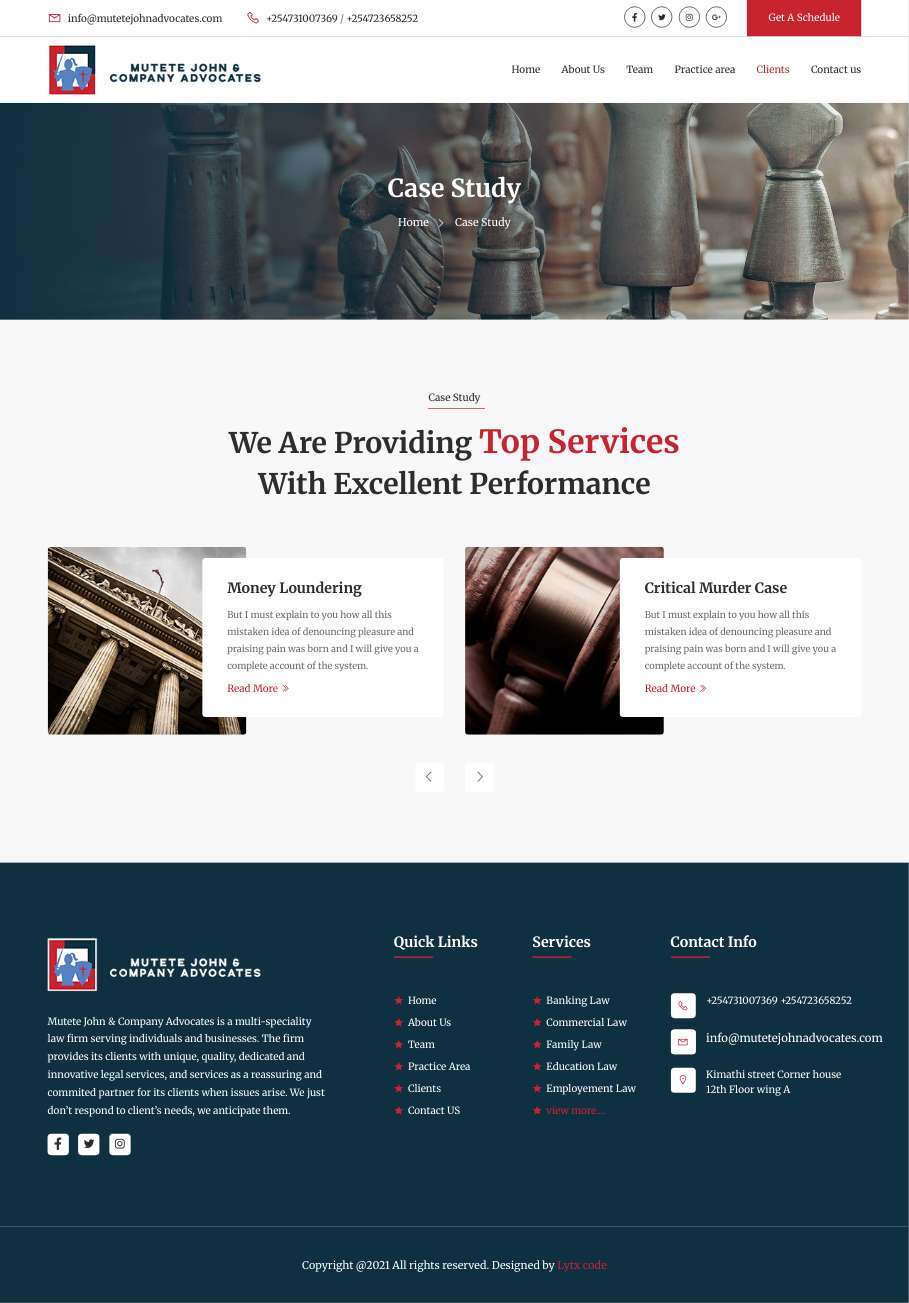
Repository: Samkiroko/mutete_john_website
Page: clients.html
The author's editor kept a copy of each file at every save. The page is drawn from the files as they stood at one save, then again after the next save.
The browser window is 1280 px wide. The pictures show the whole page, at 71% of full size.

Above is the page before, as saved 2021-10-13 15:11:55.

After the next save:
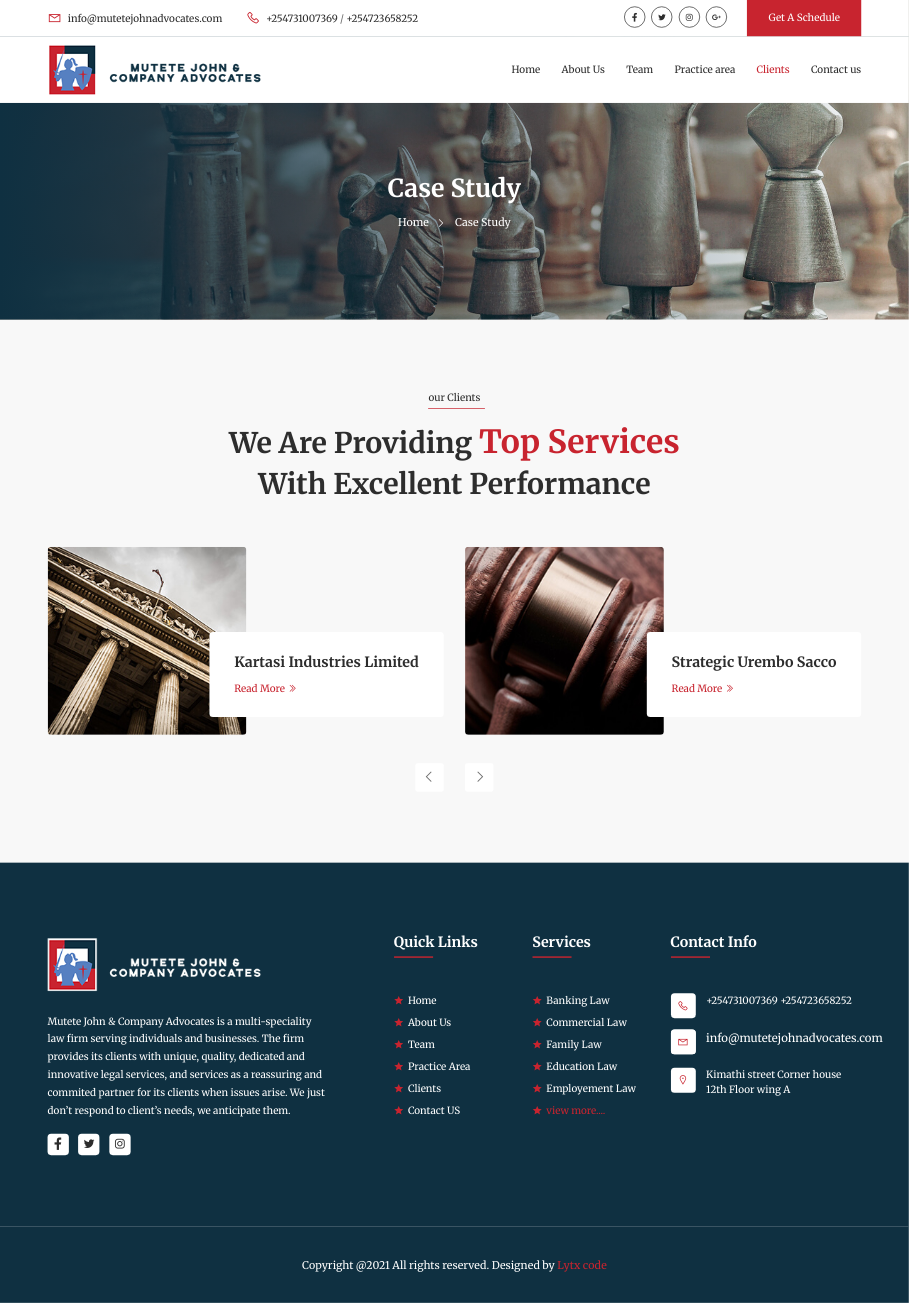
Saved 4 min 47 s later.
--- a/clients.html
+++ b/clients.html
@@ -159,7 +159,7 @@
     <div class="testimonials-area case-study-area case-study ptb-100">
         <div class="container">
             <div class="section-title">
-                <span>Case Study</span>
+                <span>our Clients</span>
                 <h2>We Are Providing <span> Top Services</span> With Excellent Performance</h2>
             </div>
             <div class="testimonials-slider owl-carousel owl-theme">
@@ -168,10 +168,7 @@
                         <img src="assets/img/case-study/case-study1.jpg" alt="Image" />
                     </div>
                     <div class="img-text">
-                        <h3>Real Estate Issue</h3>
-                        <p>
-                            But I must explain to you how all this mistaken idea of denouncing pleasure and praising pain was born and I will give you a complete account of the system.
-                        </p>
+                        <h3>Sarit Center Mall</h3>
                         <a href="#">
                 Read More
                 <i class="las la-angle-double-right"></i>
@@ -183,25 +180,67 @@
                         <img src="assets/img/case-study/case-study2.jpg" alt="Image" />
                     </div>
                     <div class="img-text">
-                        <h3>Money Loundering</h3>
-                        <p>
-                            But I must explain to you how all this mistaken idea of denouncing pleasure and praising pain was born and I will give you a complete account of the system.
-                        </p>
-                        <a href="#">
-                Read More
-                <i class="las la-angle-double-right"></i>
-              </a>
-                    </div>
-                </div>
-                <div class="testimonials-slider-item">
-                    <div class="testimonials-img">
-                        <img src="assets/img/case-study/case-study3.jpg" alt="Image" />
-                    </div>
-                    <div class="img-text">
-                        <h3>Critical Murder Case</h3>
-                        <p>
-                            But I must explain to you how all this mistaken idea of denouncing pleasure and praising pain was born and I will give you a complete account of the system.
-                        </p>
+                        <h3>Kartasi Industries Limited</h3>
+                        <a href="#">
+                Read More
+                <i class="las la-angle-double-right"></i>
+              </a>
+                    </div>
+                </div>
+                <div class="testimonials-slider-item">
+                    <div class="testimonials-img">
+                        <img src="assets/img/case-study/case-study3.jpg" alt="Image" />
+                    </div>
+                    <div class="img-text">
+                        <h3>Strategic Urembo Sacco</h3>
+                        <a href="#">
+                Read More
+                <i class="las la-angle-double-right"></i>
+              </a>
+                    </div>
+                </div>
+                <div class="testimonials-slider-item">
+                    <div class="testimonials-img">
+                        <img src="assets/img/case-study/case-study3.jpg" alt="Image" />
+                    </div>
+                    <div class="img-text">
+                        <h3>Crown Bus Service Limited</h3>
+                        <a href="#">
+                Read More
+                <i class="las la-angle-double-right"></i>
+              </a>
+                    </div>
+                </div>
+                <div class="testimonials-slider-item">
+                    <div class="testimonials-img">
+                        <img src="assets/img/case-study/case-study3.jpg" alt="Image" />
+                    </div>
+                    <div class="img-text">
+                        <h3>Pemuga Auto Spares Limited</h3>
+                        <a href="#">
+                Read More
+                <i class="las la-angle-double-right"></i>
+              </a>
+                    </div>
+                </div>
+                <div class="testimonials-slider-item">
+                    <div class="testimonials-img">
+                        <img src="assets/img/case-study/case-study3.jpg" alt="Image" />
+                    </div>
+                    <div class="img-text">
+                        <h3>Trippex Construction Company Ltd</h3>
+                        <a href="#">
+                Read More
+                <i class="las la-angle-double-right"></i>
+              </a>
+                    </div>
+                </div>
+                <div class="testimonials-slider-item">
+                    <div class="testimonials-img">
+                        <img src="assets/img/case-study/case-study3.jpg" alt="Image" />
+                    </div>
+                    <div class="img-text">
+                        <h3>Safes and office security systems</h3>
                         <a href="#">
                 Read More
                 <i class="las la-angle-double-right"></i>
